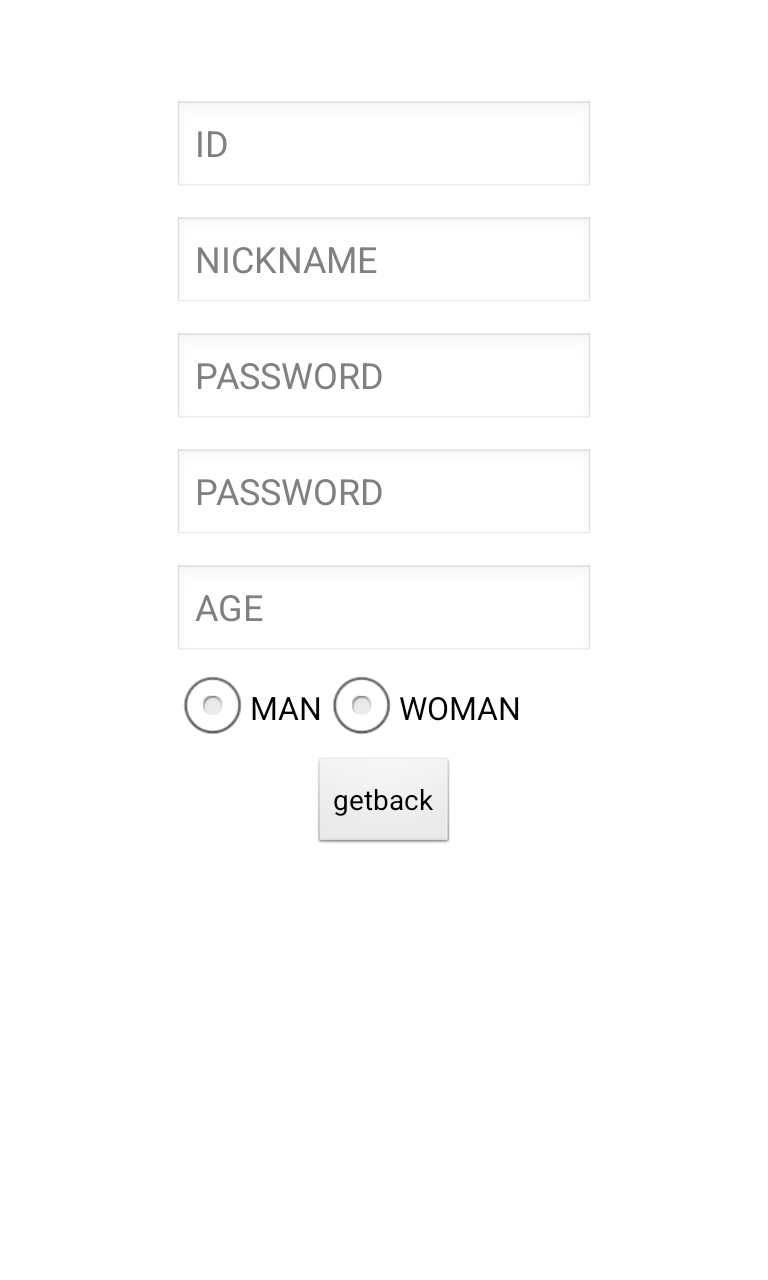
Repository: WaterMe10n/WeatherCloset
Layout: android/res/layout/activity_signup.xml
An editor plug-in stored every save of this project. The layout is shown before and after a run of saves, followed by the edit.
It is drawn on a 768 x 1280 px phone screen (xhdpi) without system bars, with theme android:Theme.Light.NoTitleBar; the app's code is not run.

Above is the layout before, as saved 2014-10-30 06:46:18.

After the next 2 saves:
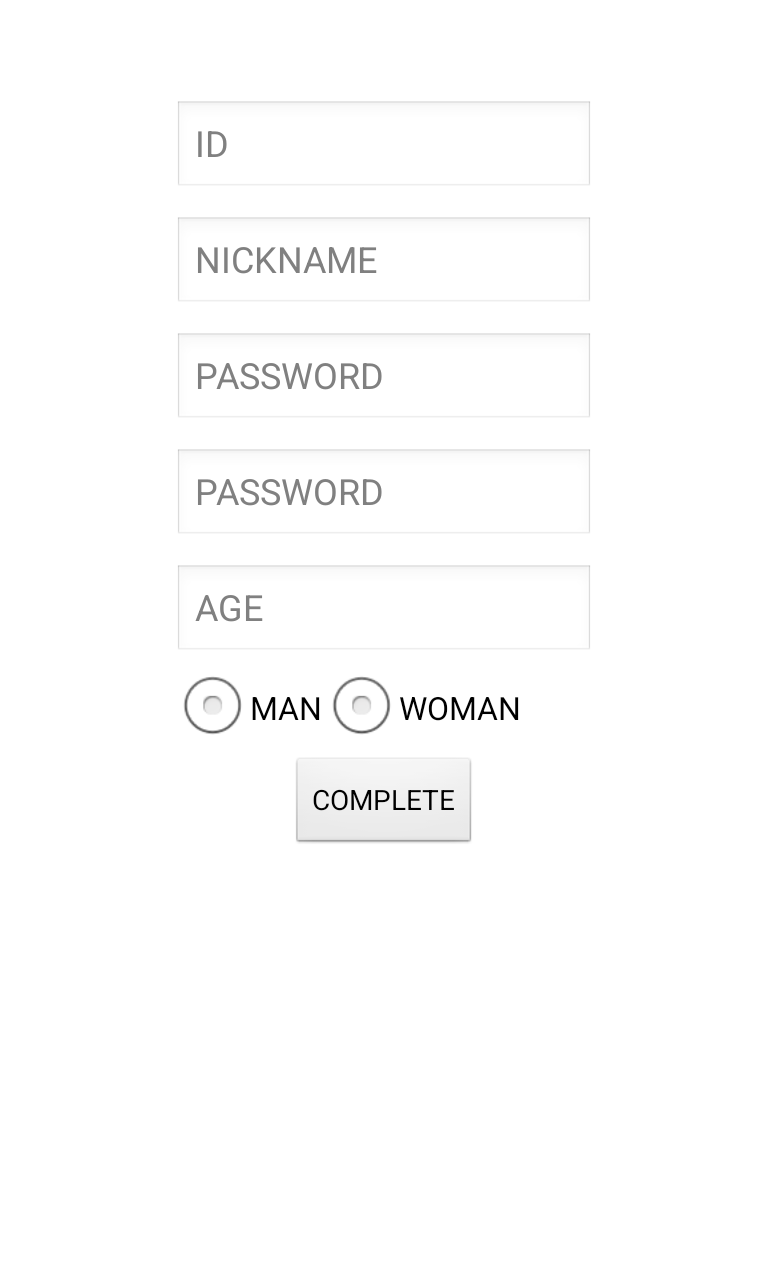
The 2 saves are shown as one change because 1 did not build or start.
The last was saved 16 min 12 s later.
--- a/android/res/layout/activity_signup.xml
+++ b/android/res/layout/activity_signup.xml
@@ -86,7 +86,7 @@
         android:layout_centerHorizontal="true"
         android:layout_centerVertical="true"
         android:layout_below="@+id/radioGroupGender"
-        android:text="getback" />
+        android:text="COMPLETE"/>
 
 
 </RelativeLayout>
